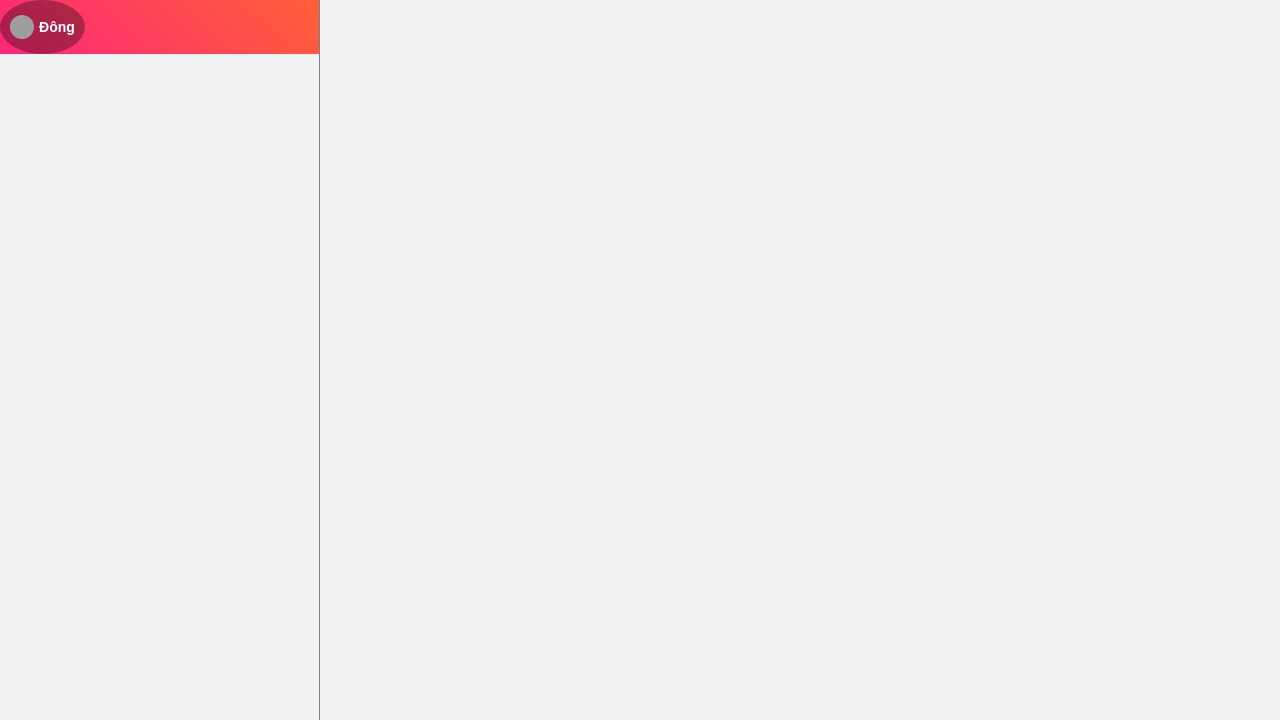
Repository: conquy2002/T2009A
Page: Project RobinTinder/website/index.html
An editor plug-in stored every save of this project. The page is shown before and after the next save, followed by the edit.
The browser window is 1280 px wide. The pictures show the whole page.
The pointer rests on the first visible `.nav__hearder--profile a`.
Pictures or frames that could not be fetched are drawn as grey boxes.

Above is the page before, as saved 2022-01-07 08:48:40.

### Project RobinTinder/website/index.html
<!DOCTYPE html>
<html lang="en">
<head>
    <meta charset="UTF-8">
    <meta http-equiv="X-UA-Compatible" content="IE=edge">
    <meta name="viewport" content="width=device-width, initial-scale=1.0">
    <title>Robin Hẹn hò</title>
    <link rel="stylesheet" href="./css/style.css" />
</head>
<body>
    <div class="main">
        <aside class="nav">
            <div class="nav__header">
                <div class="nav__hearder--profile">
                   <a>
                        <img src = "https://scontent.fhph1-3.fna.fbcdn.net/v/t1.6435-1/c1.64.198.199a/p200x200/141433767_1108249559690088_990288042436184426_n.jpg?_nc_cat=107&ccb=1-5&_nc_sid=7206a8&_nc_ohc=5yxEM9Iimv0AX_4k7Ox&_nc_ht=scontent.fhph1-3.fna&oh=00_AT-vqYdzU7_RG4YwBws_REoHUQ_G1kzl29AkfIijrbwnXg&oe=61FCEA38">
                        <h3>Đông</h3>
                    </a>
                </div>
                <div class="nav__header--contact"></div>
            </div>
            <div class="nav__qc"></div>
            <div class="nav_content"></div>
        </aside>
        <div class="content"></div>
    </div>
</body>
</html>

### Project RobinTinder/website/css/style.css
*{
    margin: 0;
    padding: 0;
    box-sizing: border-box;
}
body{
    font-family: sans-serif,Helvetica,Arial;
}
.main{
    background-color: #f0f2f4;
    height: 100vh;
    width: 100%;
    display: flex;
}
.nav{
    flex-basis: 25%;
    height: 100%;
    border-right: .1px solid gray;
}
.nav__header{
    background: linear-gradient(
45deg,#fd267a,#ff6036);
    background-image: linear-gradient(
45deg, rgb(253, 38, 122), rgb(255, 96, 54));
    width: 100%;
    display: flex;
}
.nav__hearder--profile a{
    display: flex;
    padding: 15px 10px;
    align-items: center;
    color: #fff;
    font-size: 12px;
    flex-basis: 25%;
}
.nav__hearder--profile img{
    height: 1.5rem;
    width: 1.5rem;
    border-radius: 50%;
    margin-right: 5px;
}
.nav__hearder--profile a:hover{
    border-radius: 50%;
    background-color: rgba(0,0,0,.32)!important;
}
.content{

}

After the next save:
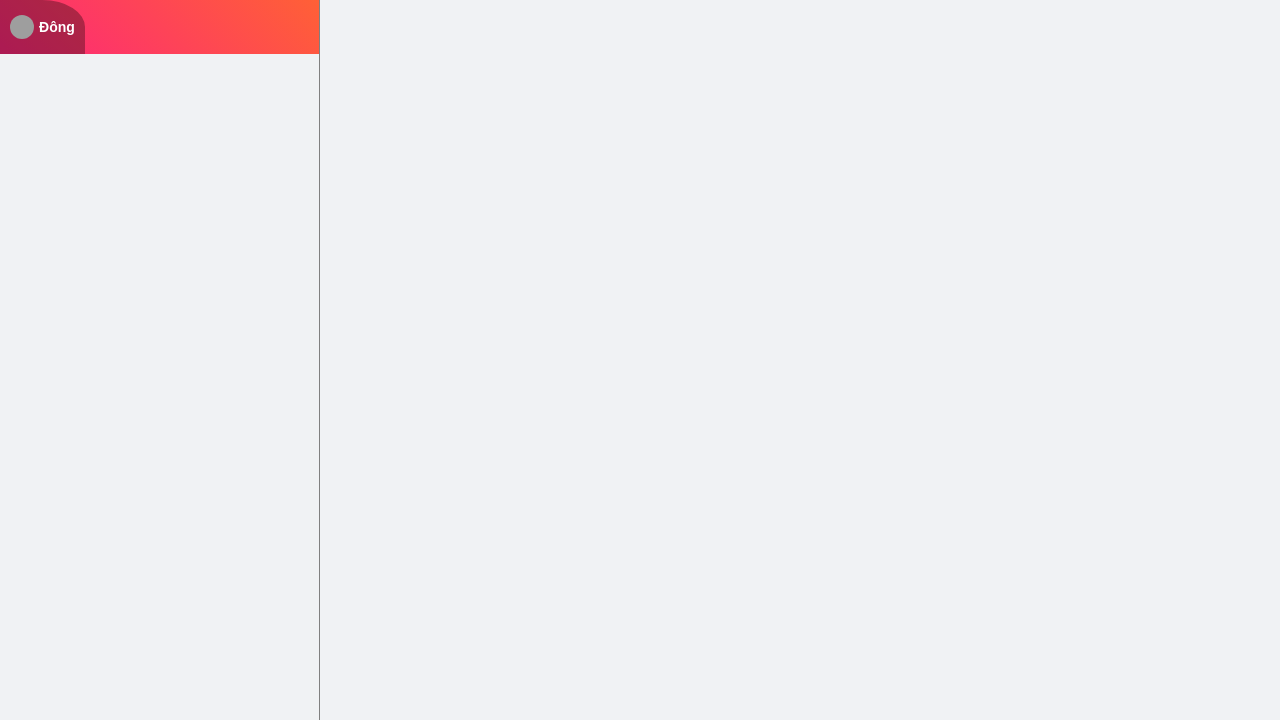
Saved 35 s later.
--- a/Project RobinTinder/website/css/style.css
+++ b/Project RobinTinder/website/css/style.css
@@ -40,7 +40,7 @@
     margin-right: 5px;
 }
 .nav__hearder--profile a:hover{
-    border-radius: 50%;
+    border-top-right-radius: 50%;
     background-color: rgba(0,0,0,.32)!important;
 }
 .content{
